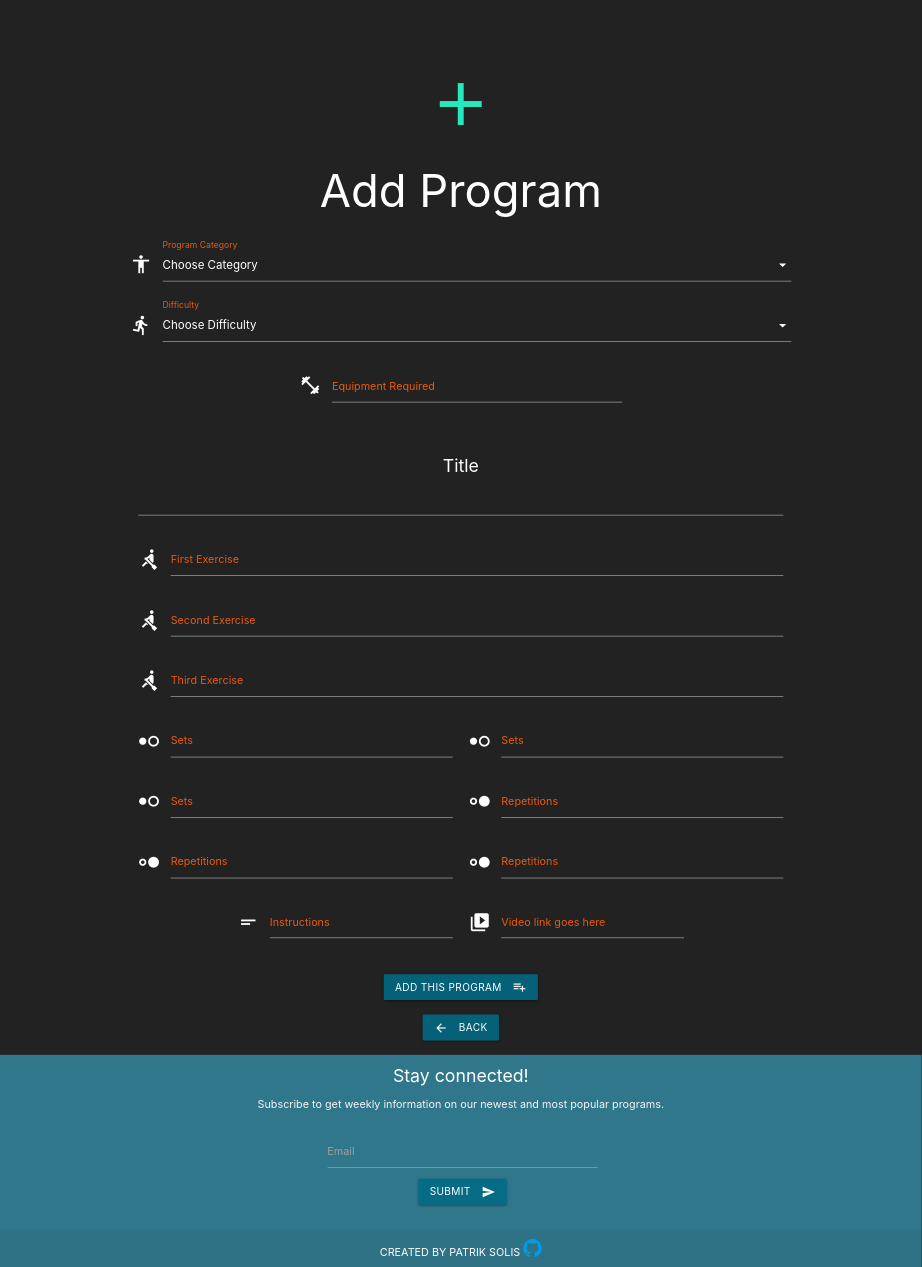
Repository: Ario124/calisthenics-project
Page: http://localhost/add_program
The author's editor kept a record of every edit. The page is drawn from the files as they stood at one moment, then again after the next edit.
The browser window is 1280 px wide. The pictures show the whole page, at 72% of full size.
The page is served by the project's application, run on Flask 3 (app.py). Queries for data that is not in the repository find no rows.

Above is the page before.

After the next edit:
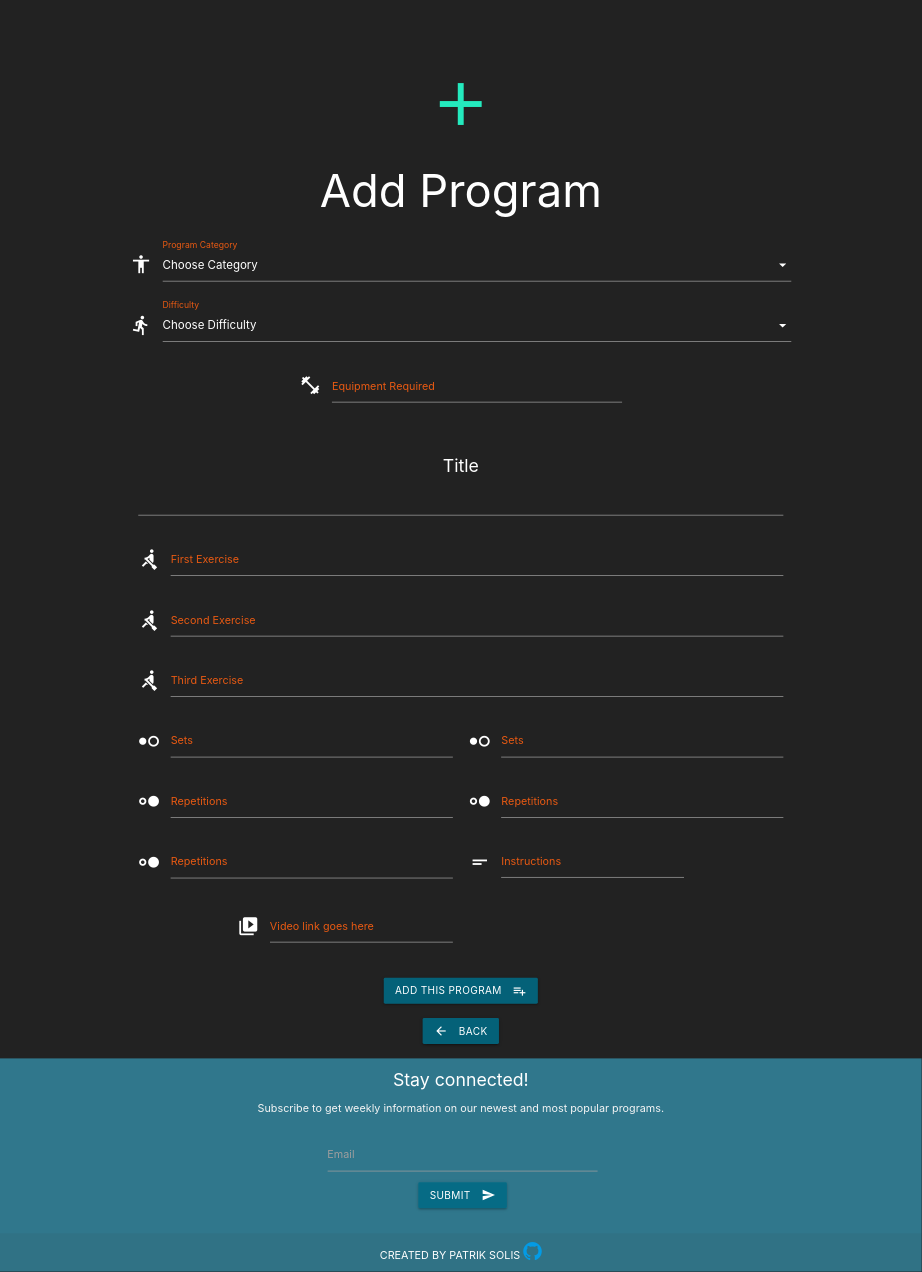
The edit:
--- a/templates/add_program.html
+++ b/templates/add_program.html
@@ -63,11 +63,7 @@
                 <label for="icon_prefix">Third Exercise</label>
             </div>
 
-            <div class="input-field col s6">
-                <i class="material-icons prefix">hdr_weak</i>
-                <input id="sets_amount" name="sets_amount" type="text" required>
-                <label for="icon_prefix">Sets</label>
-            </div>
+
 
             <div class="input-field col s6">
                 <i class="material-icons prefix">hdr_weak</i>
